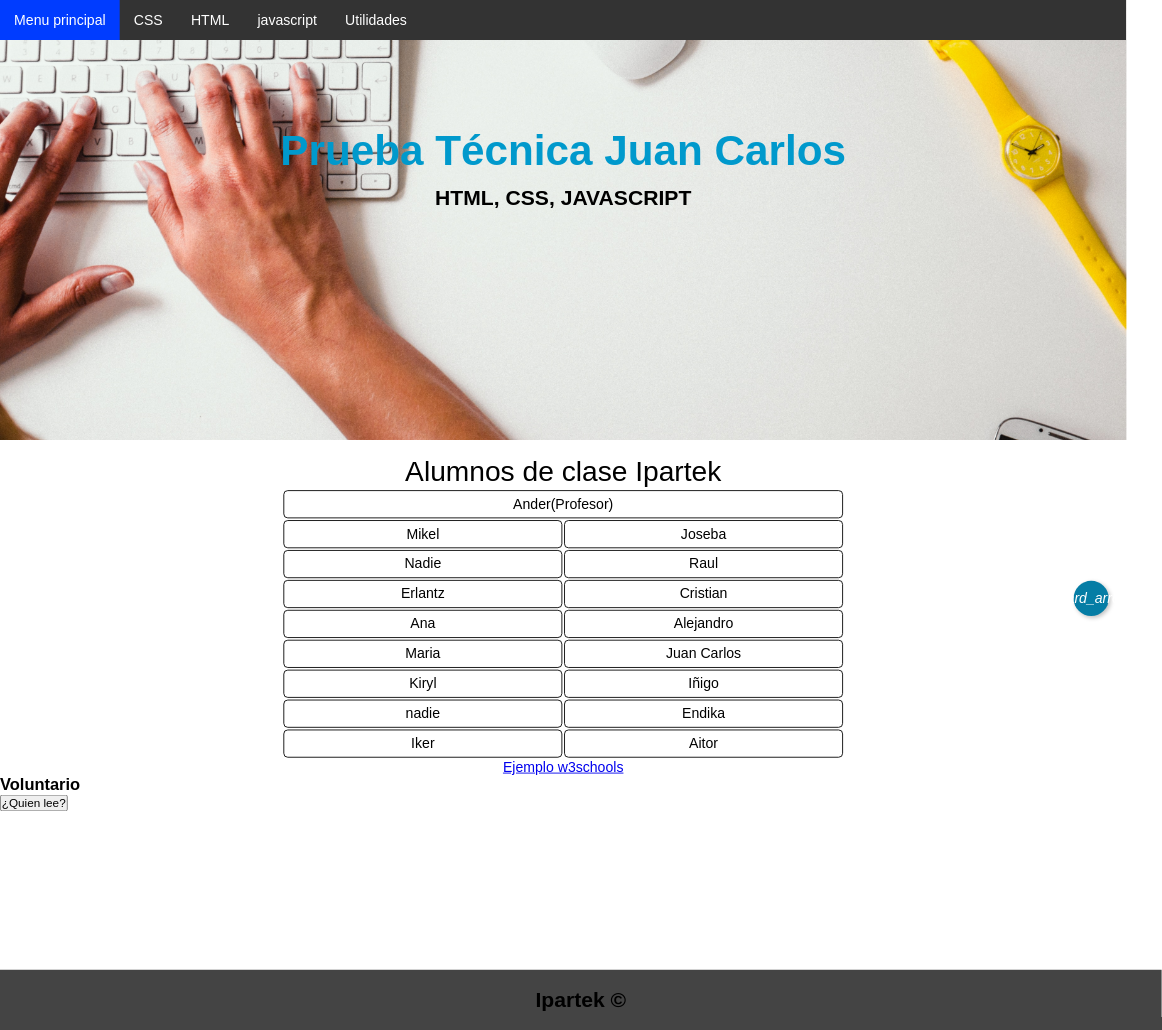
Repository: jcsanceledonio/java_2019_0396_2
Page: http://localhost/javaWebApp/
These files come from the project's save history. The page is drawn as it stood at one moment and after the next save; the edit follows.
The browser window is 1280 px wide. The page is 1320 px wide, so the pictures cover 1320 px, including what lies to the right of the window. The pictures show the whole page, at 88% of full size.
Backgrounds fixed to the window are drawn as part of the page. The page is served by Tomcat 9. Other server files are loaded and not shown.

Above is the page before, as saved 2019-11-20 07:45:54.

### javaWebApp/src/main/webapp/index.jsp
<%String titulo = "HelloWeb | inicio";%>

<%@include file="includes/header.jsp" %>
<%@include file="includes/navigation.jsp" %>

 <div class="parallax">
        <h1>Prueba Técnica Juan Carlos</h1>
        <h2>HTML, CSS, JAVASCRIPT</h2>
    </div>

    <main>
        <br>
        <div class="tabla">
            <table>
                <caption>Alumnos de clase Ipartek</caption>
                <tr>
                    <td colspan="2">Ander(Profesor)</td>
                </tr>
                <tr>
                    <td>Mikel</td>
                    <td>Joseba</td>
                </tr>
                <tr>
                    <td>Nadie</td>
                    <td>Raul</td>
                </tr>
                <tr>
                    <td>Erlantz</td>
                    <td>Cristian</td>
                </tr>
                <tr>
                    <td>Ana</td>
                    <td>Alejandro</td>
                </tr>
                <tr>
                    <td>Maria</td>
                    <td>Juan Carlos</td>
                </tr>
                <tr>
                    <td>Kiryl</td>
                    <td>Iñigo</td>
                </tr>
                <tr>
                    <td>nadie</td>
                    <td>Endika</td>
                </tr>
                <tr>
                    <td>Iker</td>
                    <td>Aitor</td>
                </tr>

            </table>
            <a target="_blank" href="https://www.w3schools.com/html/tryit.asp?filename=tryhtml_table">Ejemplo
                w3schools</a>
        </div>
        <h3>Voluntario <span id="nombre"></span></h3>
        <button onclick="buscarVoluntario()">¿Quien lee?</button>

        <a id="btnUp" href="#"><i class="material-icons">
                keyboard_arrow_up
            </i></i></a>

    </main>

    <%@include file="includes/footer.jsp" %>

### javaWebApp/src/main/webapp/includes/header.jsp
<!DOCTYPE html> <!-- html5 -->
<html lang="es">

<head>
    <meta charset="UTF-8">
    <meta name="viewport" content="width=device-width, initial-scale=1.0">
    <meta http-equiv="X-UA-Compatible" content="ie=edge">
    <title><%=titulo%></title>
    <link href="https://fonts.googleapis.com/icon?family=Material+Icons" rel="stylesheet">
    <!-- <link rel="stylesheet" href="https://cdnjs.cloudflare.com/ajax/libs/font-awesome/4.7.0/css/font-awesome.min.css"> -->

    <!-- <base href="/PruebaTecnica/"> -->
    <!-- <base href="/PruebaTecnica/"> -->
    <!-- estilos -->
    <link rel="stylesheet" href="css/styles.css">

</head>

<body>

### javaWebApp/src/main/webapp/includes/navigation.jsp
 <header>
        <nav>
            <ul>
                <li><a href="#home">Menu principal</a></li>
                <li class="dropdown">
                    <a href="#" class="dropbtn">CSS</a>
                    <div class="dropdown-content">
                        <a href="ejemplos/css/animaciones.html">Animaciones</a>
                        <a href="ejemplos/css/basico.html">Basico</a>
                        <a href="ejemplos/css/especificidad.html">Especificidad</a>
                        <a href="ejemplos/css/avanzado.html">Avanzado</a>

                    </div>
                </li>
                <li class="dropdown">
                    <a href="#" class="dropbtn">HTML</a>
                    <div class="dropdown-content">
                        <a href="ejemplos/html/box-model.html">Visualizacion</a>
                        <a href="ejemplos/html/posicionamiento.html">Posicionamiento</a>
                        <a href="ejemplos/html/formulario.html">Formularios</a>
                        <a href="login.jsp">Login</a>
                    </div>
                </li>
                <li class="dropdown">
                    <a href="#" class="dropbtn">javascript</a>
                    <div class="dropdown-content">
                        <a href="ejemplos/js/game.html">Arkanoid</a>
                    </div>
                </li>
                <li class="dropdown">
                    <a href="#" class="dropbtn">Utilidades</a>
                    <div class="dropdown-content">
                        <a href="https://caniuse.com/">caniuse</a>
                    </div>
                </li>
            </ul>
        </nav>
    </header>

### javaWebApp/src/main/webapp/includes/footer.jsp
 <footer>
        <h2>Ipartek &copy</h2>
    </footer>

    <!-- javascript -->
    <script src="js/main.js"></script>
</body>

</html>

### javaWebApp/src/main/webapp/css/styles.css
/*
Hoja de estilos
esto es un comentario de bloque
@author: Juan Carlos
@version: 1.0
@tags: css, basic, etc...
@licencia mit
 */

* {
    margin: 0;
    padding: 0;
}

/*
orden CSS
1. Reset
2. @Keyframes
3. TODAS etiquetas estilos generales
4. Layouts
5. clases para reutilizar
6. cosas mas especificas como los ids
 */

body {
    font-size: 16px;
    font-family: Arial, Helvetica, sans-serif;
}

h1 {
    color: #0099CC;
    font-size: 3em;
    text-align: center;
}

h2 {
    text-align: center;
}

.tabla {
    background-color: white;
    text-align: center;
}

table {
    width: 50%;
    margin: auto;
}

table caption {
    font-size: 2em;
}

td {
    width: 50%;
    height: 30px;
    border: 1px solid #000;
    border-radius: 5px;
}

main {
    margin-bottom: 180px;
}

td:hover {
    background-color: rgb(24, 123, 236);
}

/* -------------------------------------- */

/* Formulario */

input[type="text"]:valid {
    color: green;
}

input[type="text"]:invalid {
    color: red;
}

/* /Fin formulario */

/* ----------------------------------------- */

.parallax {
    background-image: url(images/office.jpg);
    /* Create the parallax scrolling effect */
    height: 500px;
    background-attachment: fixed;
    background-position: center;
    background-repeat: no-repeat;
    background-size: cover;
}

.parallax h1 {
    padding-top: 3em;
}

.parallax h2 {
    padding-top: 0.5em;
}

nav {
    width: 100%;
    position: fixed;
}

nav ul {
    list-style-type: none;
    margin: 0;
    padding: 0;
    overflow: hidden;
    background-color: #333;
}

nav li {
    float: left;
}

nav li a, .dropbtn {
    display: inline-block;
    color: white;
    text-align: center;
    padding: 14px 16px;
    text-decoration: none;
}

nav li a:hover, .dropdown:hover .dropbtn {
    background-color: rgb(0, 60, 255);
}

nav li.dropdown {
    display: inline-block;
}

.dropdown-content {
    display: none;
    position: absolute;
    background-color: #f9f9f9;
    min-width: 160px;
    box-shadow: 0px 8px 16px 0px rgba(0, 0, 0, 0.2);
    z-index: 1;
}

.dropdown-content a {
    color: black;
    padding: 12px 16px;
    text-decoration: none;
    display: block;
    text-align: left;
}

.dropdown-content a:hover {
    background-color: #f1f1f1;
}

.dropdown:hover .dropdown-content {
    display: block;
}

footer {
    /*  position: fixed; */
    padding: 20px;
    bottom: 0;
    background-color: rgb(68, 68, 68);
    width: 100%;
}

#btnUp {
    width: 40px;
    height: 40px;
    display: flex;
    align-items: center;
    justify-content: center;
    background: rgb(5, 125, 165);
    border-radius: 50%;
    text-decoration: none;
    color: white;
    box-shadow: 2px 2px 5px rgba(0, 0, 0, 0.25);
    position: fixed;
    right: 20px;
    bottom: 20px;
    transition: background 0.25s;
}

#btnUp:active {
    background: rgb(4, 80, 105);
}

### javaWebApp/src/main/webapp/js/main.js
//Comentario de linea
/*
    Comentario de bloque
*/
/**
 *  Comentario de bloque para documentar
 */

console.trace('Esto es una traza de log');
console.info('Para informar de cosas');
var a = 2;
console.debug('La variable a=' + a);
//console.warn('alerta');
//console.error('Error en la conexion de al servidor');

function buscarVoluntario() {

    var personas = ["Juan", "Pepe", "Luis"];
    //console.trace('click buscaVoluntario');

    document.getElementById("nombre").innerHTML = personas[Math.floor(Math.random() * personas.length)];

    //document.getElementById('nombre').innerHTML = "Ander";
}

After the next save:
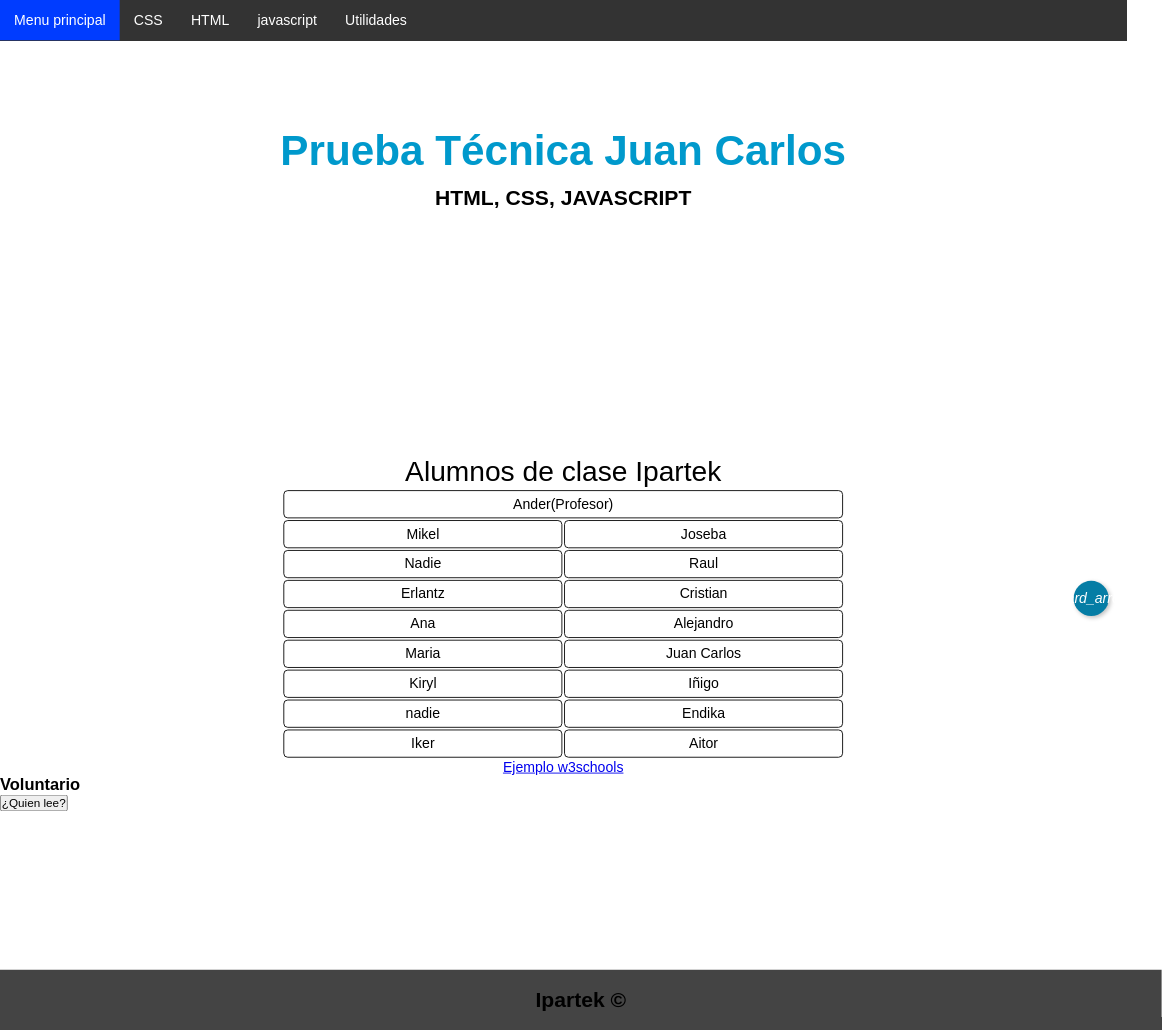
Not found: javaWebApp/images/office.jpg
Saved 10 min 47 s later.
--- a/javaWebApp/src/main/webapp/css/styles.css
+++ b/javaWebApp/src/main/webapp/css/styles.css
@@ -83,7 +83,7 @@
 /* ----------------------------------------- */
 
 .parallax {
-    background-image: url(images/office.jpg);
+    background-image: url(/images/office.jpg);
     /* Create the parallax scrolling effect */
     height: 500px;
     background-attachment: fixed;

After the 3 saves that followed:
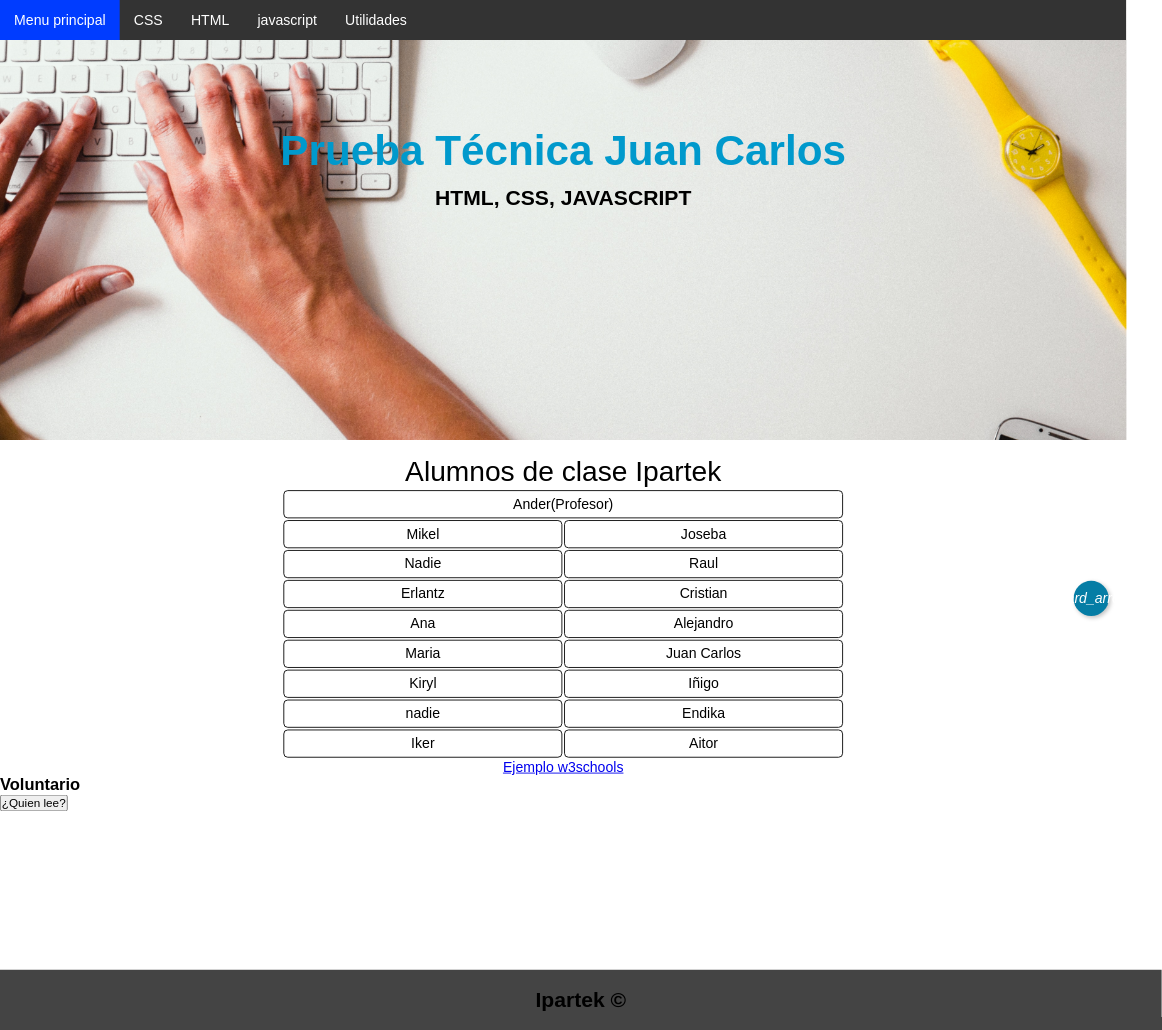
The 3 saves are shown as one change because 2 left the picture as it was.
The last was saved 12 min 54 s later.
--- a/javaWebApp/src/main/webapp/includes/header.jsp
+++ b/javaWebApp/src/main/webapp/includes/header.jsp
@@ -10,7 +10,7 @@
     <!-- <link rel="stylesheet" href="https://cdnjs.cloudflare.com/ajax/libs/font-awesome/4.7.0/css/font-awesome.min.css"> -->
 
     <!-- <base href="/PruebaTecnica/"> -->
-    <!-- <base href="/PruebaTecnica/"> -->
+    <base href="/helloweb/">
     <!-- estilos -->
     <link rel="stylesheet" href="css/styles.css">
 
--- a/javaWebApp/src/main/webapp/css/styles.css
+++ b/javaWebApp/src/main/webapp/css/styles.css
@@ -83,7 +83,7 @@
 /* ----------------------------------------- */
 
 .parallax {
-    background-image: url(/images/office.jpg);
+    background-image: url(/helloweb/images/office.jpg);
     /* Create the parallax scrolling effect */
     height: 500px;
     background-attachment: fixed;
